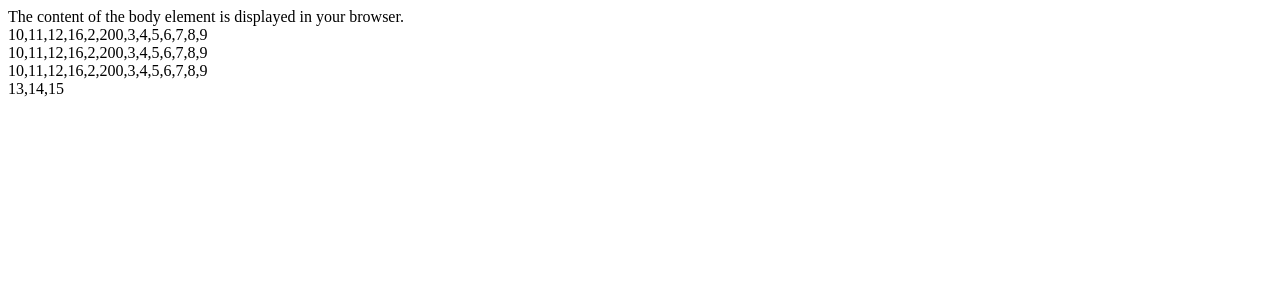
Repository: gperilli/truchetTilingGenerator
Page: test.html
An editor plug-in stored every save of this project. The page is shown before and after the next save, followed by the edit.
The browser window is 1280 px wide. The pictures show the whole page.

Above is the page before, as saved 2023-04-19 01:08:18.

After the next save:
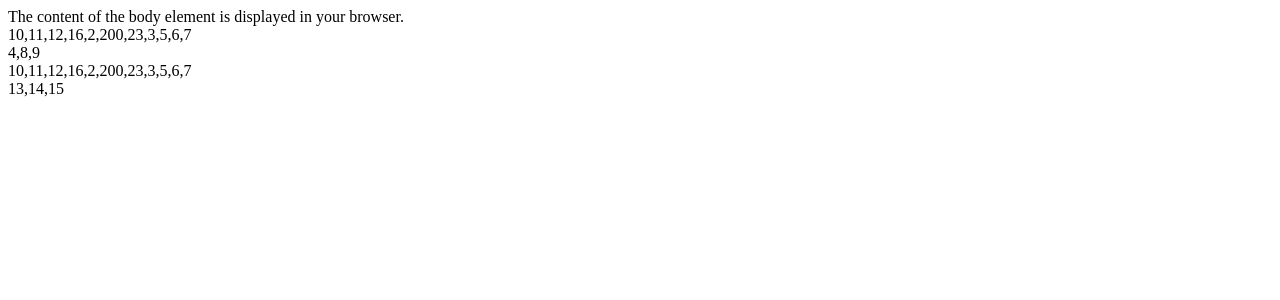
Saved 9 s later.
--- a/test.html
+++ b/test.html
@@ -25,7 +25,7 @@ let unsortedArray = [
     [13, 14],
     [14, 15],
     [16, 200],
-    [3, 4]
+    [3, 23]
 ]
 
 let joinerArray = [];
